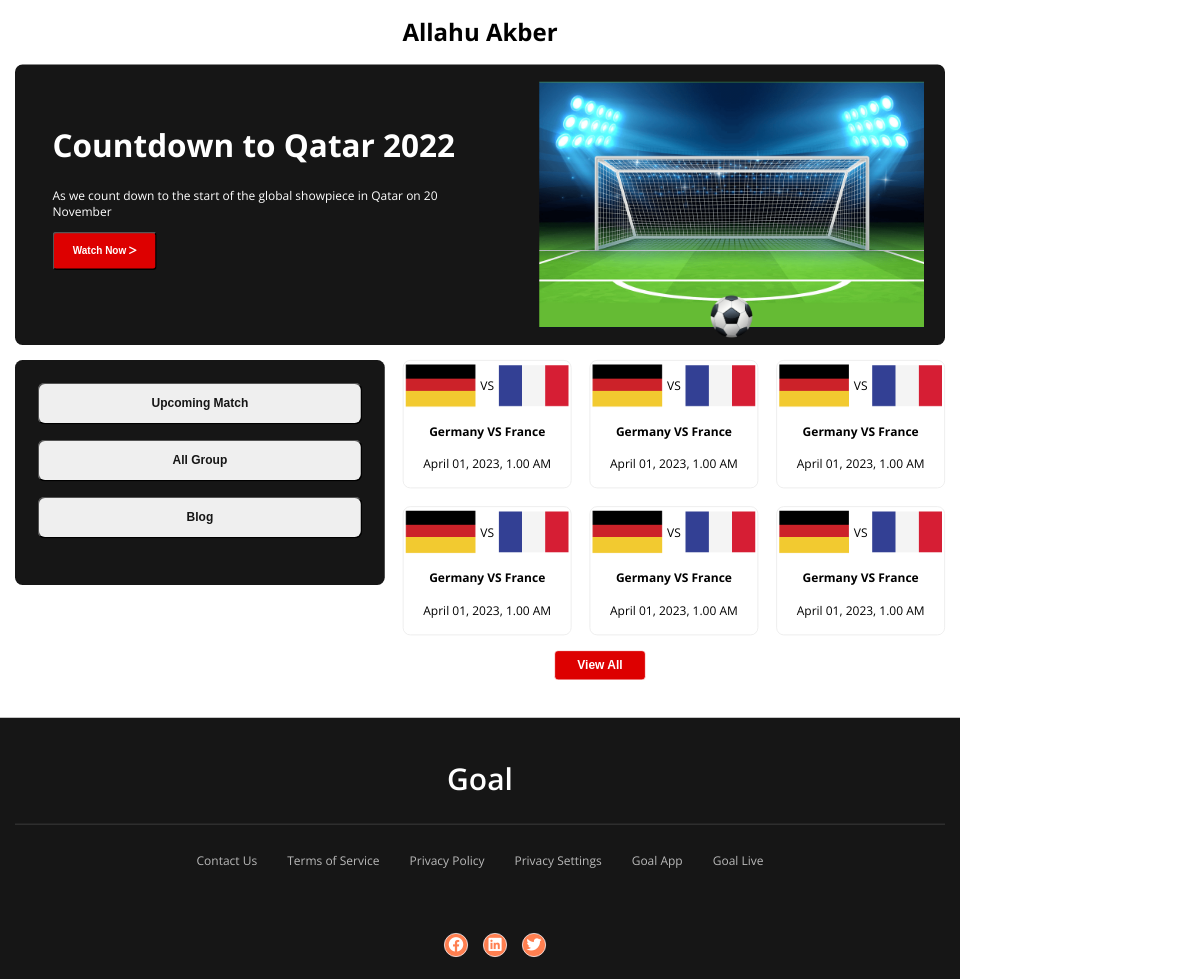
Repository: zjria/Qatar-world-cup
Page: match.html
An editor plug-in stored every save of this project. The page is shown before and after the next save, followed by the edit.
The browser window is 1280 px wide. The page is 1600 px wide, so the pictures cover 1600 px, including what lies to the right of the window. The pictures show the whole page, at 75% of full size.

Above is the page before, as saved 2022-09-10 10:49:30.

After the next save:
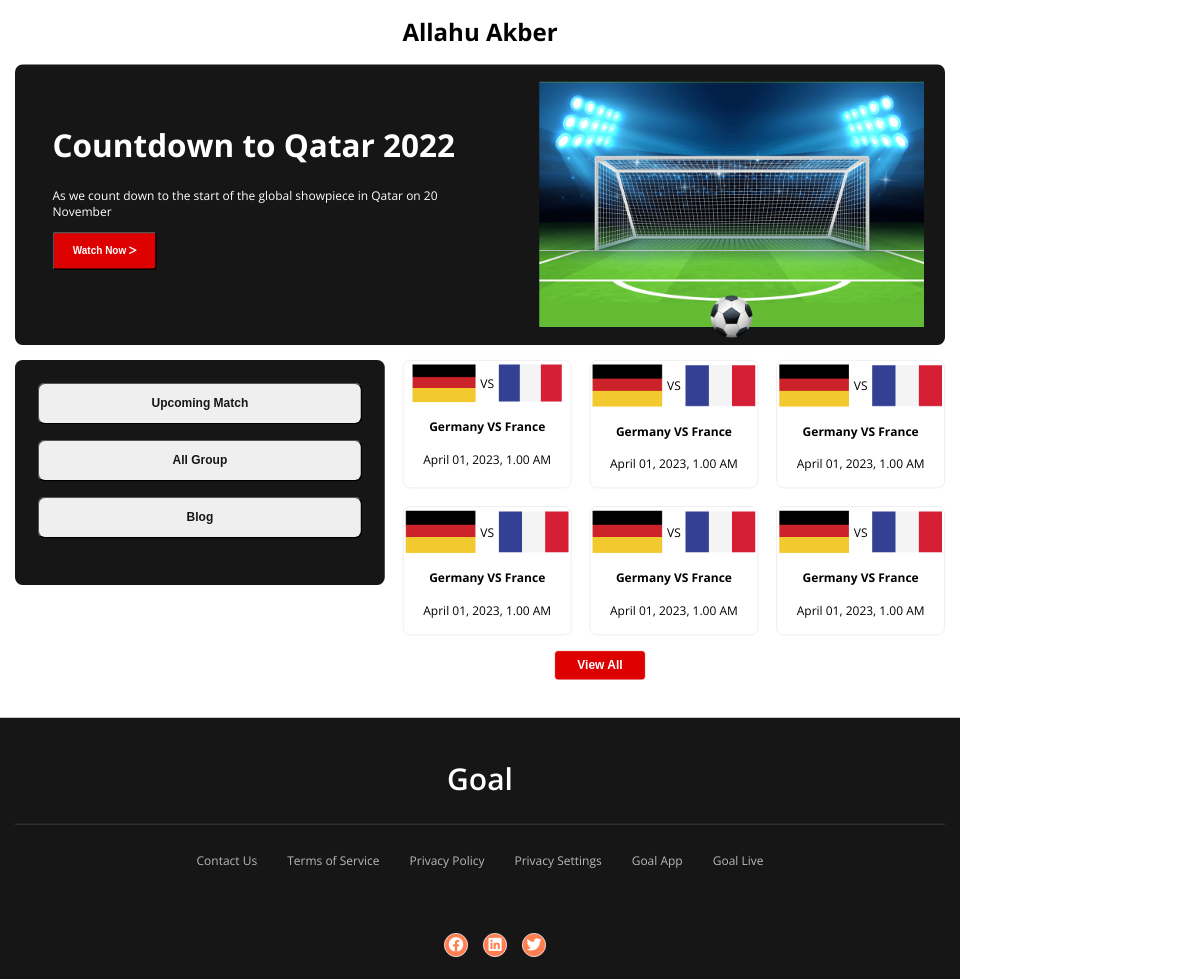
Saved 20 s later.
--- a/style.css
+++ b/style.css
@@ -162,7 +162,7 @@
     font-weight: 600;
 }
 
-.match-vs img {
+.match-vs #img-style {
     width: 40%;
 }
 
